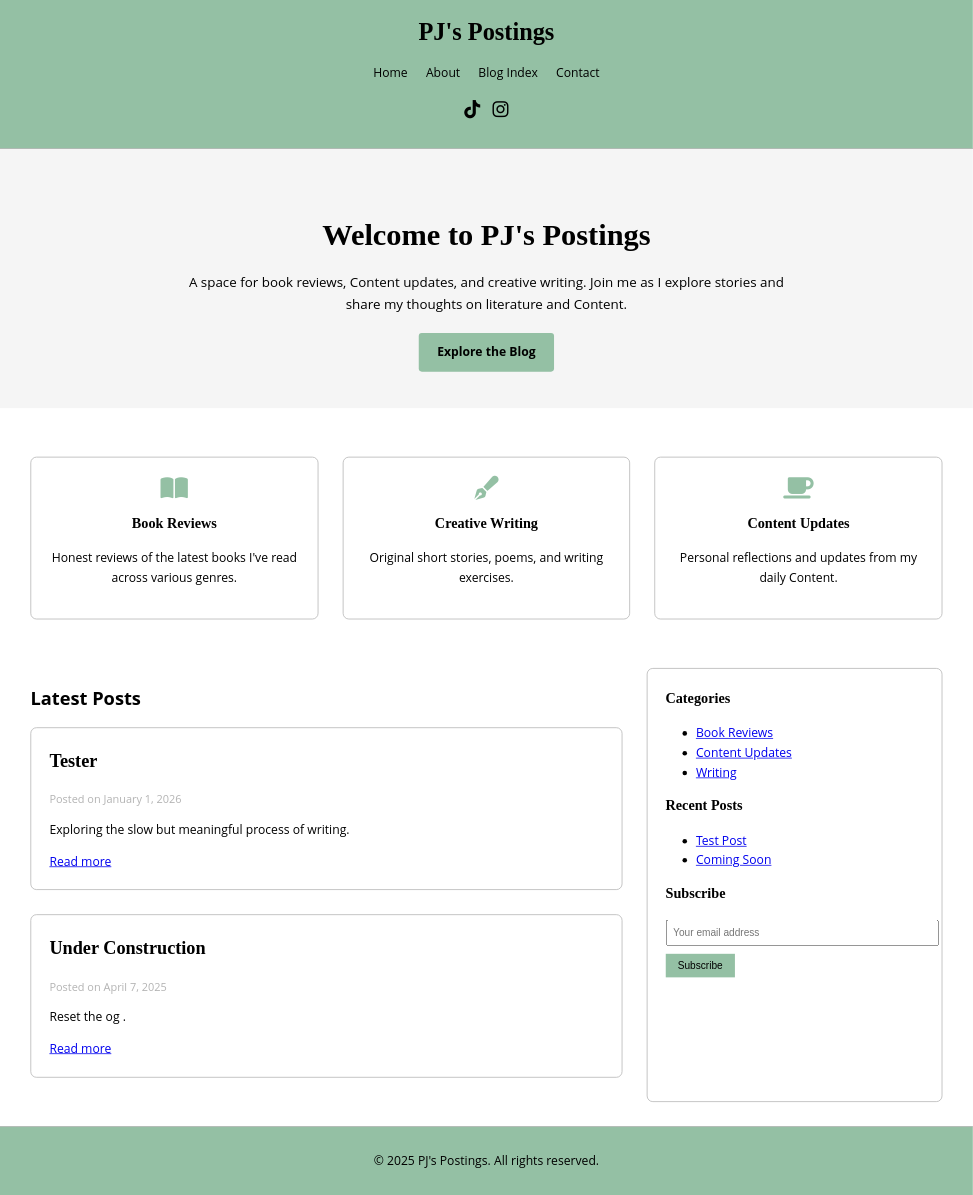
Repository: pjpatrick071/pjpatrick071.github.io
Page: index.html
These files come from the project's save history. The page is drawn as it stood at one moment and after the next save; the edit follows.
The browser window is 1280 px wide. The pictures show the whole page, at 76% of full size.
Some web fonts or font styles are not loaded; a fallback is used.

Above is the page before, as saved 2025-04-07 21:22:30.

### index.html
<!DOCTYPE html>
<html lang="en">
<head>
    <link rel="apple-touch-icon" sizes="180x180" href="/apple-touch-icon.png">
<link rel="icon" type="image/png" sizes="32x32" href="/favicon-32x32.png">
<link rel="icon" type="image/png" sizes="16x16" href="/favicon-16x16.png">
<link rel="manifest" href="/site.webmanifest">
    <meta charset="UTF-8">
    <meta name="viewport" content="width=device-width, initial-scale=1.0">
    <title>PJ's Postings</title>

    <!-- Fonts -->
    <link href="https://fonts-api.wp.com/css?family=Playfair+Display:400,400i,700,700i|Open+Sans:400,400i,700,700i&subset=latin,latin-ext" rel="stylesheet">

    <!-- Font Awesome (for icons) -->
    <link href="https://cdnjs.cloudflare.com/ajax/libs/font-awesome/6.4.0/css/all.min.css" rel="stylesheet">

    <!-- Main Styles -->
    <style>
        :root {
            --soft-green: #94c0a4;
            --silver: #b3b3b3;
            --black: #000000;
            --white: #ffffff;
        }

        body {
            font-family: 'Open Sans', sans-serif;
            line-height: 1.6;
            margin: 0;
            padding: 0;
            background-color: var(--white);
            color: var(--black);
        }

        /* Header Styles */
        header {
            background-color: var(--soft-green);
            padding: 1rem 0;
            text-align: center;
            border-bottom: 1px solid var(--silver);
        }

        .logo {
            font-size: 2rem;
            font-weight: bold;
            margin: 0;
            color: var(--black);
            font-family: 'Playfair Display', serif;
        }

        /* Navigation */
        nav ul {
            padding: 0;
            list-style: none;
            display: flex;
            justify-content: center;
            gap: 1.5rem;
            margin: 1rem 0;
        }

        nav a {
            text-decoration: none;
            color: var(--black);
            font-weight: 500;
            transition: color 0.3s;
        }

        nav a:hover {
            color: var(--silver);
        }

        /* Hero Section */
        .hero {
            background-color: #f5f5f5;
            padding: 3rem 1rem;
            text-align: center;
            margin-bottom: 2rem;
        }

        .hero h2 {
            font-family: 'Playfair Display', serif;
            font-size: 2.5rem;
            margin-bottom: 1rem;
        }

        .hero p {
            max-width: 800px;
            margin: 0 auto 1.5rem;
            font-size: 1.1rem;
        }

        .cta-button {
            display: inline-block;
            background-color: var(--soft-green);
            color: var(--black);
            padding: 0.8rem 1.5rem;
            border-radius: 4px;
            text-decoration: none;
            font-weight: bold;
            transition: background-color 0.3s;
        }

        .cta-button:hover {
            background-color: #82ad90;
        }

        /* Features Section */
        .features {
            display: flex;
            justify-content: space-around;
            flex-wrap: wrap;
            gap: 2rem;
            padding: 2rem;
            max-width: 1200px;
            margin: 0 auto;
        }

        .feature-card {
            flex: 1;
            min-width: 250px;
            background-color: var(--white);
            border: 1px solid var(--silver);
            border-radius: 8px;
            padding: 1.5rem;
            text-align: center;
        }

        .feature-card i {
            font-size: 2rem;
            color: var(--soft-green);
            margin-bottom: 1rem;
        }

        .feature-card h3 {
            font-family: 'Playfair Display', serif;
            margin-top: 0;
        }

        /* Main Content */
        .container {
            max-width: 1200px;
            margin: 2rem auto;
            padding: 0 1rem;
            display: grid;
            grid-template-columns: 2fr 1fr;
            gap: 2rem;
        }

        /* Blog Posts */
        .blog-post {
            background-color: var(--white);
            border: 1px solid var(--silver);
            border-radius: 8px;
            padding: 1.5rem;
            margin-bottom: 2rem;
        }

        .post-title {
            color: var(--black);
            margin-top: 0;
            font-family: 'Playfair Display', serif;
        }

        .post-meta {
            color: var(--silver);
            font-size: 0.9rem;
            margin-bottom: 1rem;
        }

        /* Sidebar */
        .sidebar {
            background-color: var(--white);
            border: 1px solid var(--silver);
            border-radius: 8px;
            padding: 1.5rem;
        }

        .sidebar-title {
            margin-top: 0;
            color: var(--black);
            font-family: 'Playfair Display', serif;
        }

        /* Footer */
        footer {
            background-color: var(--soft-green);
            text-align: center;
            padding: 1rem 0;
            border-top: 1px solid var(--silver);
            margin-top: 2rem;
        }

        /* Social Icons */
        .social-links {
            display: flex;
            justify-content: center;
            gap: 1rem;
            margin: 1rem 0;
        }

        .social-links a {
            color: var(--black);
            font-size: 1.5rem;
            transition: transform 0.3s;
        }

        .social-links a:hover {
            transform: scale(1.2);
        }

        /* Responsive Design */
        @media (max-width: 768px) {
            .container {
                grid-template-columns: 1fr;
            }

            .features {
                flex-direction: column;
            }
            .requested-badge {
                background-color: var(--soft-green);
                color: var(--black);
                padding: 0.2rem 0.5rem;
                border-radius: 4px;
                font-size: 0.8rem;
                margin-left: 0.5rem;
                font-weight: bold;
                display: inline-block;
                margin-top: 0.5rem;
            }
        }
    </style>
</head>
<body>
    <!-- Header -->
    <header>
        <h1 class="logo">PJ's Postings</h1>
        <nav>
            <ul>
                <li><a href="index.html">Home</a></li>
                <li><a href="about.html">About</a></li>
                <li><a href="blog.html"> Blog Index</a></li>
                <li><a href="contact.html">Contact</a></li>
            </ul>
        </nav>

        <!-- Social Links -->
        <div class="social-links">
            <a href="https://www.tiktok.com/@p.j.patrick" target="_blank" rel="noopener noreferrer"><i class="fab fa-tiktok"></i></a>
            <a href="https://www.instagram.com/p.j.patrick/" target="_blank" rel="noopener noreferrer"><i class="fab fa-instagram"></i></a>
        </div>
    </header>

    <!-- Hero Section -->
    <section class="hero">
        <h2>Welcome to PJ's Postings</h2>
        <p>A space for book reviews, Content updates, and creative writing. Join me as I explore stories and share my thoughts on literature and Content.</p>
        <a href="blog.html" class="cta-button">Explore the Blog</a>
    </section>

    <!-- Features Section -->
    <section class="features">
        <div class="feature-card">
            <i class="fas fa-book-open"></i>
            <h3>Book Reviews</h3>
            <p>Honest reviews of the latest books I've read across various genres.</p>
        </div>
        <div class="feature-card">
            <i class="fas fa-pen-fancy"></i>
            <h3>Creative Writing</h3>
            <p>Original short stories, poems, and writing exercises.</p>
        </div>
        <div class="feature-card">
            <i class="fas fa-coffee"></i>
            <h3>Content Updates</h3>
            <p>Personal reflections and updates from my daily Content.</p>
        </div>
    </section>

    <!-- Main Content -->
    <div class="container">
        <!-- Blog Posts Section -->
        <main>
            <h2>Latest Posts</h2>
            <div id="recent-posts-container">

            </div>
            <!-- Additional posts can be added by duplicating the article element -->
        </main>

        <!-- Sidebar -->
        <aside class="sidebar">
            <h3 class="sidebar-title">Categories</h3>
            <ul>
                <li><a href="blog.html#book-reviews">Book Reviews</a></li>
                <li><a href="blog.html#content-updates">Content Updates</a></li>
                <li><a href="blog.html#writing">Writing</a></li>
            </ul>

            <h3 class="sidebar-title">Recent Posts</h3>
            <ul>
                <li><a href="blog.html#test-post">Test Post</a></li>
                <li><a href="blog.html#coming-soon">Coming Soon</a></li>
            </ul>

            <!-- Email Subscription Form -->
            <h3 class="sidebar-title">Subscribe</h3>
            <form action="#" method="post">
                <input type="email" name="email" placeholder="Your email address" style="width: 100%; padding: 8px; margin-bottom: 10px;">
                <button type="submit" style="background: var(--soft-green); border: none; padding: 8px 16px; cursor: pointer;">Subscribe</button>
            </form>
        </aside>
    </div>

    <!-- Footer -->
    <footer>
        <p>&copy; <script>document.write(new Date().getFullYear());</script> PJ's Postings. All rights reserved.</p>
    </footer>

    <!-- JavaScript for dynamic elements -->
    <script>
        // Simple script to handle mobile menu toggle
        document.addEventListener('DOMContentLoaded', function() {
            // You can add interactive functionality here
            console.log('Blog loaded successfully!');
        });
    </script>
    <script>
        document.addEventListener('DOMContentLoaded', function() {
            // Fetch posts from your JSON file
            fetch('posts.json')
                .then(response => {
                    if (!response.ok) {
                        throw new Error('Network response was not ok');
                    }
                    return response.json();
                })
                .then(data => {
                    const allPosts = data.posts;

                    // Sort posts by date (newest first)
                    allPosts.sort((a, b) => new Date(b.date) - new Date(a.date));

                    // Get only the most recent posts (3 in this case)
                    const recentPosts = allPosts.slice(0, 3);

                    // Display them
                    const container = document.getElementById('recent-posts-container');

                    // Clear any existing content
                    container.innerHTML = '';

                    // Create and append post elements
                    recentPosts.forEach(post => {
                        const postElement = document.createElement('article');
                        postElement.className = 'blog-post';
                        postElement.innerHTML = `
                            <h2 class="post-title">${post.title}</h2>
                            <p class="post-meta">Posted on ${formatDate(post.date)}</p>
                            <div class="entry-content">
                                <p>${post.excerpt}</p>
                                <a href="${post.url}">Read more</a>
                            </div>
                            ${post.requested ? '<span class="requested-badge">Requested Review</span>' : ''}
                        `;
                        container.appendChild(postElement);
                    });

                    // Show message if no posts found
                    if (recentPosts.length === 0) {
                        container.innerHTML = '<p>No recent posts found.</p>';
                    }
                })
                .catch(error => {
                    console.error('Error loading posts:', error);
                    const container = document.getElementById('recent-posts-container');
                    container.innerHTML = '<p>Error loading recent posts. Please try again later.</p>';
                });

            function formatDate(dateString) {
                const options = { year: 'numeric', month: 'long', day: 'numeric' };
                return new Date(dateString).toLocaleDateString('en-US', options);
            }
        });
    </script>
</body>
</html>

### posts.json
{
    "posts": [
      {
        "title": "Tester",
        "date": "2026-01-01",
        "url": "posts/tester.html",
        "excerpt": "Exploring the slow but meaningful process of writing.",
        "category": "writing",
        "requested": false
      },
      {
        "title": "Under Construction",
        "date": "2025-04-07",
        "url": "posts/underConstruction.html",
        "excerpt": "Reset the og .",
        "category": "writing",
        "requested": false
      }
    ]
  }

After the next save:
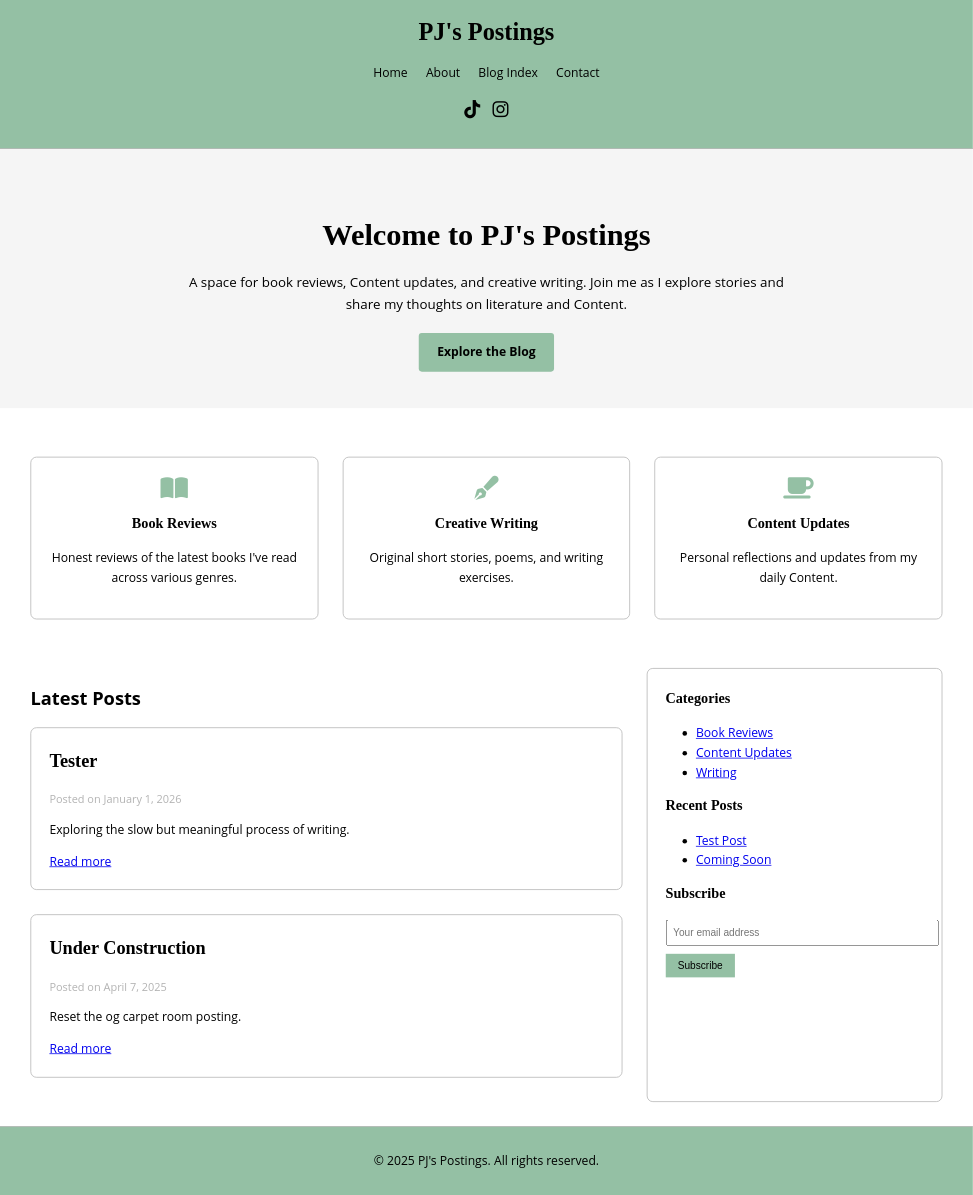
Saved 8 s later.
--- a/posts.json
+++ b/posts.json
@@ -12,7 +12,7 @@
         "title": "Under Construction",
         "date": "2025-04-07",
         "url": "posts/underConstruction.html",
-        "excerpt": "Reset the og .",
+        "excerpt": "Reset the og carpet room posting.",
         "category": "writing",
         "requested": false
       }
